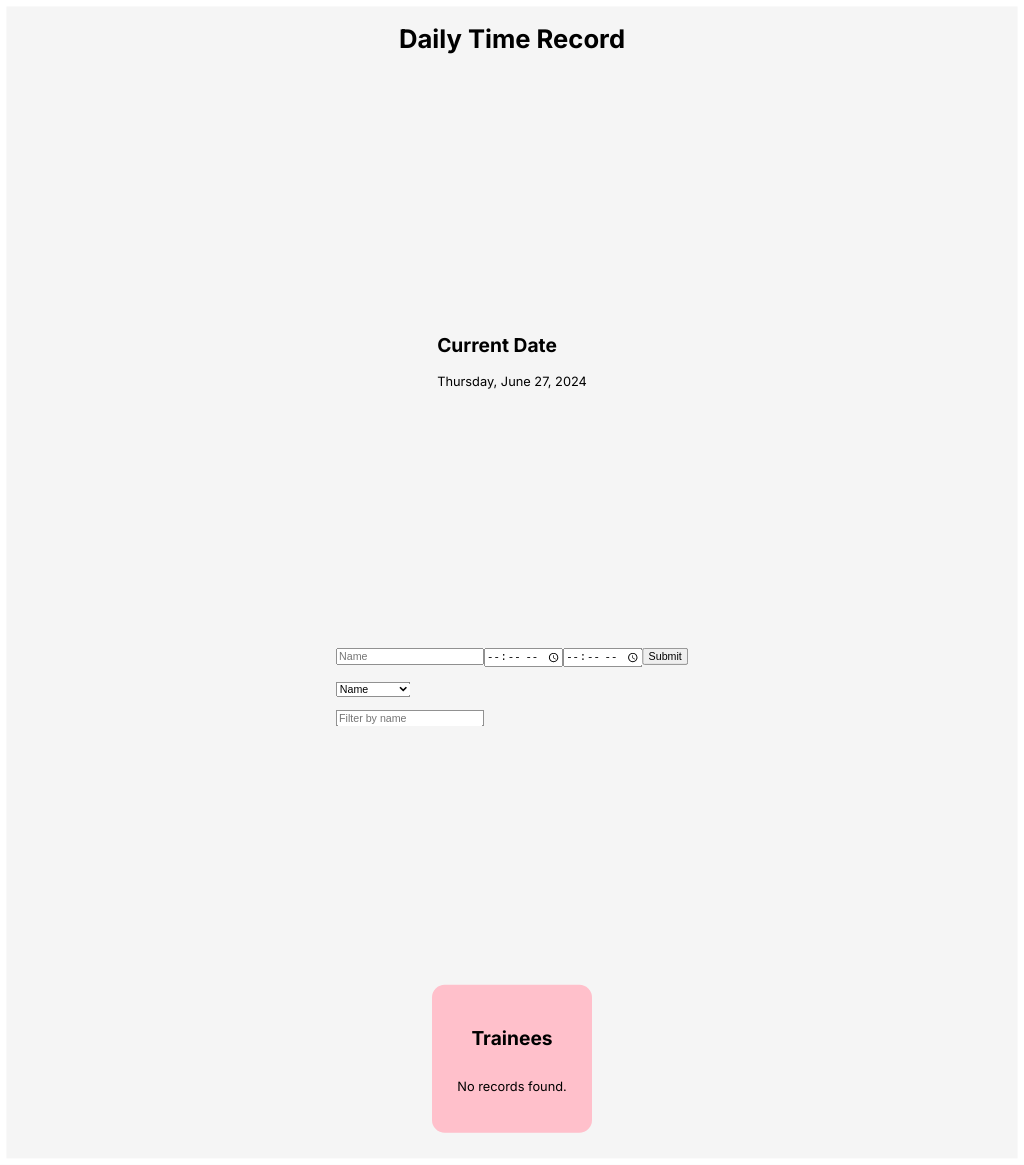
Repository: EeeeeEyyyy/daily_time_record
Page: /
An editor plug-in stored every save of this project. The page is shown before and after the next save, followed by the edit.
The browser window is 1280 px wide. The pictures show the whole page, at 80% of full size.
The project was rebuilt for these pictures with package versions that can differ from the ones it lists, and the page was loaded fresh each time. The framework's server and built-in components were replaced by stand-ins that run in the browser. Also part of the build but not shown: next.config.mjs, src/app/globals.css.

Above is the page before, as saved 2024-06-27 15:26:22.

After the next save:
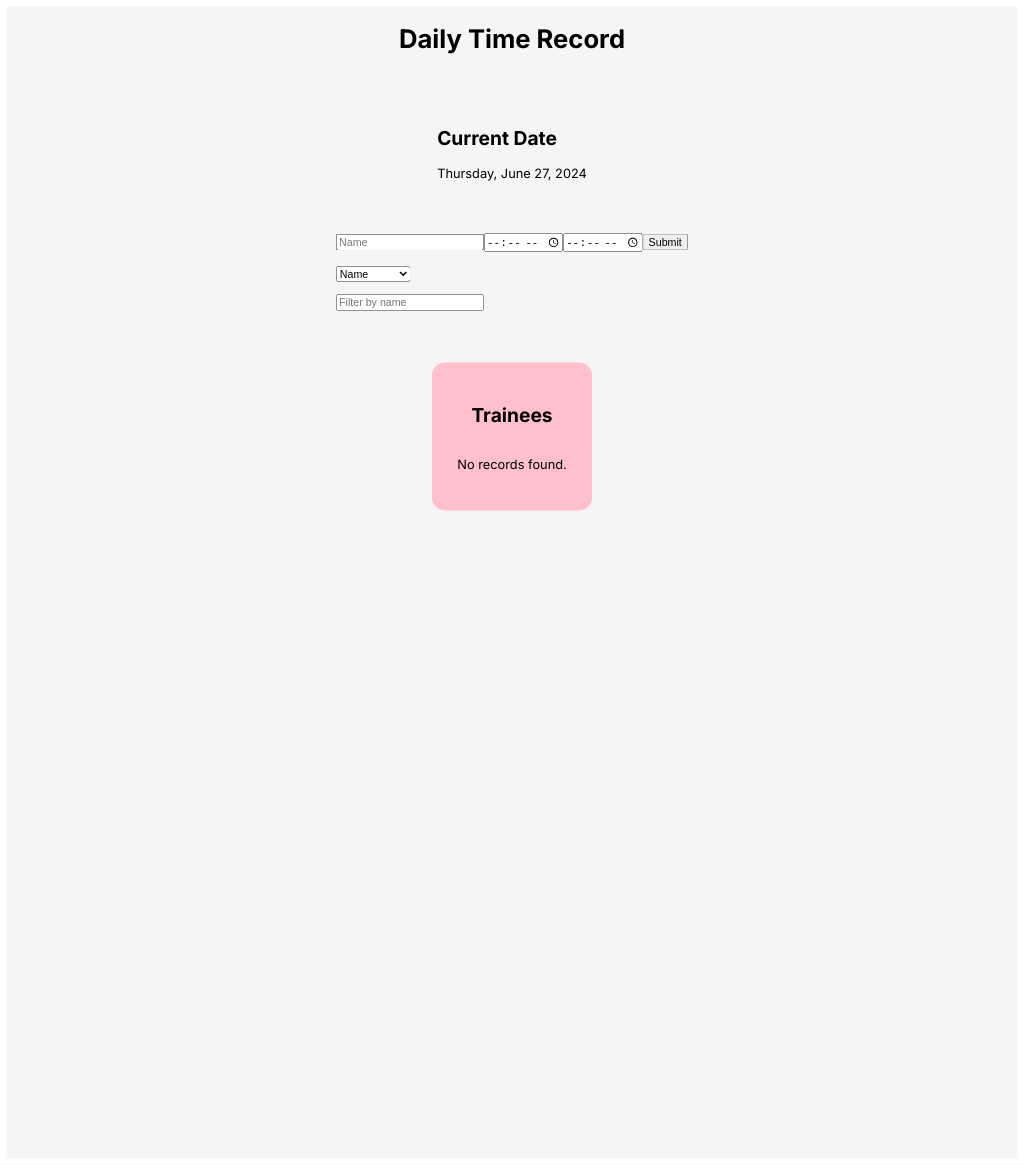
Saved 14 s later.
--- a/src/app/page.module.css
+++ b/src/app/page.module.css
@@ -4,7 +4,7 @@
     display:flex;
     flex-direction:column;
     align-items:center;
-    justify-content:space-between;
+    gap:3rem;
 }
 .trainees_m{
 border-radius:1rem;
